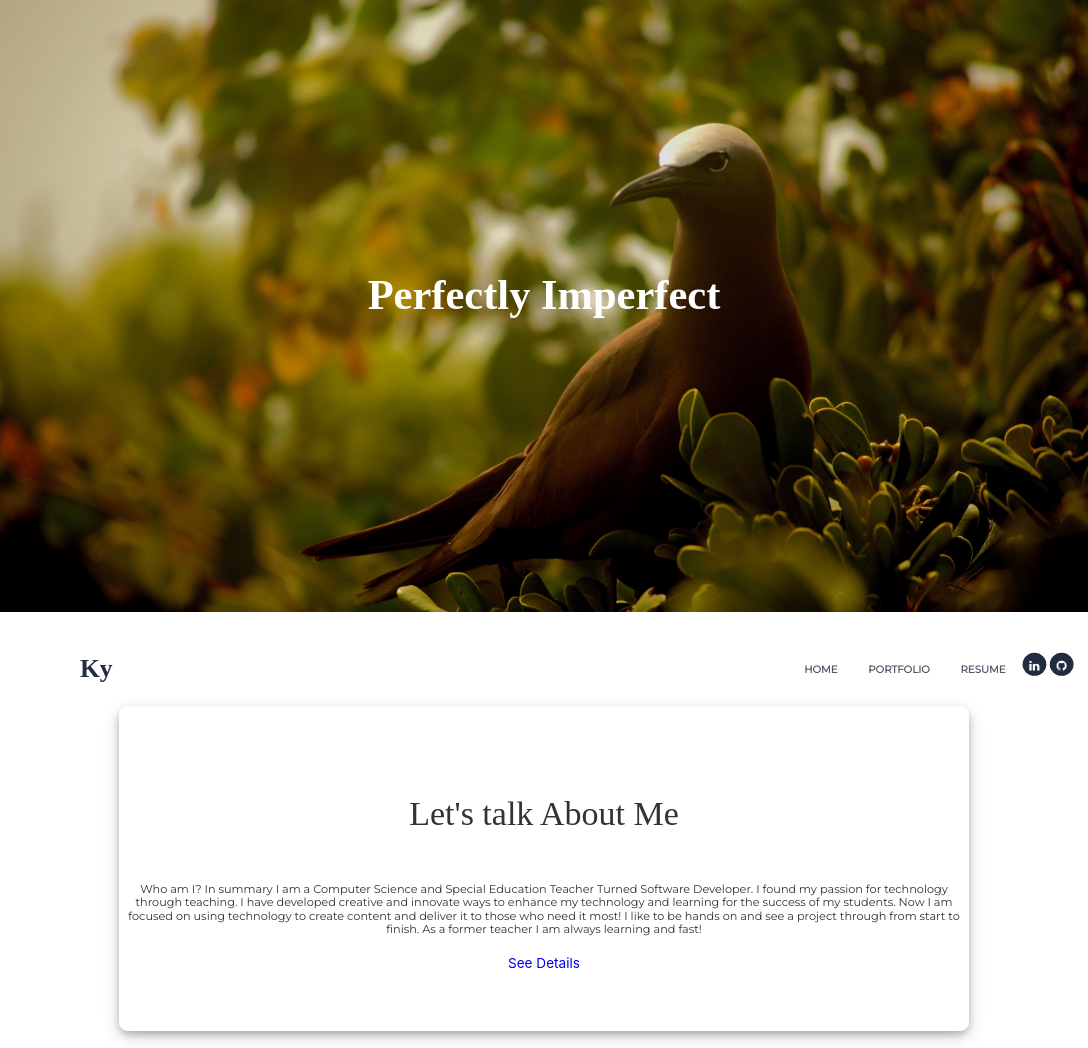
Repository: kkyler24/Perfectly-Imperfect
Page: / (app in imperfect/)
An editor plug-in stored every save of this project. The page is shown before and after the next save, followed by the edit.
The browser window is 1280 px wide. The pictures show the whole page, at 85% of full size.
Backgrounds fixed to the window are drawn as part of the page. Some web fonts or font styles are not loaded; a fallback is used. The project was rebuilt for these pictures with package versions that can differ from the ones it lists, and the page was loaded fresh each time.

Above is the page before, as saved 2020-08-06 13:46:04.

After the next save:
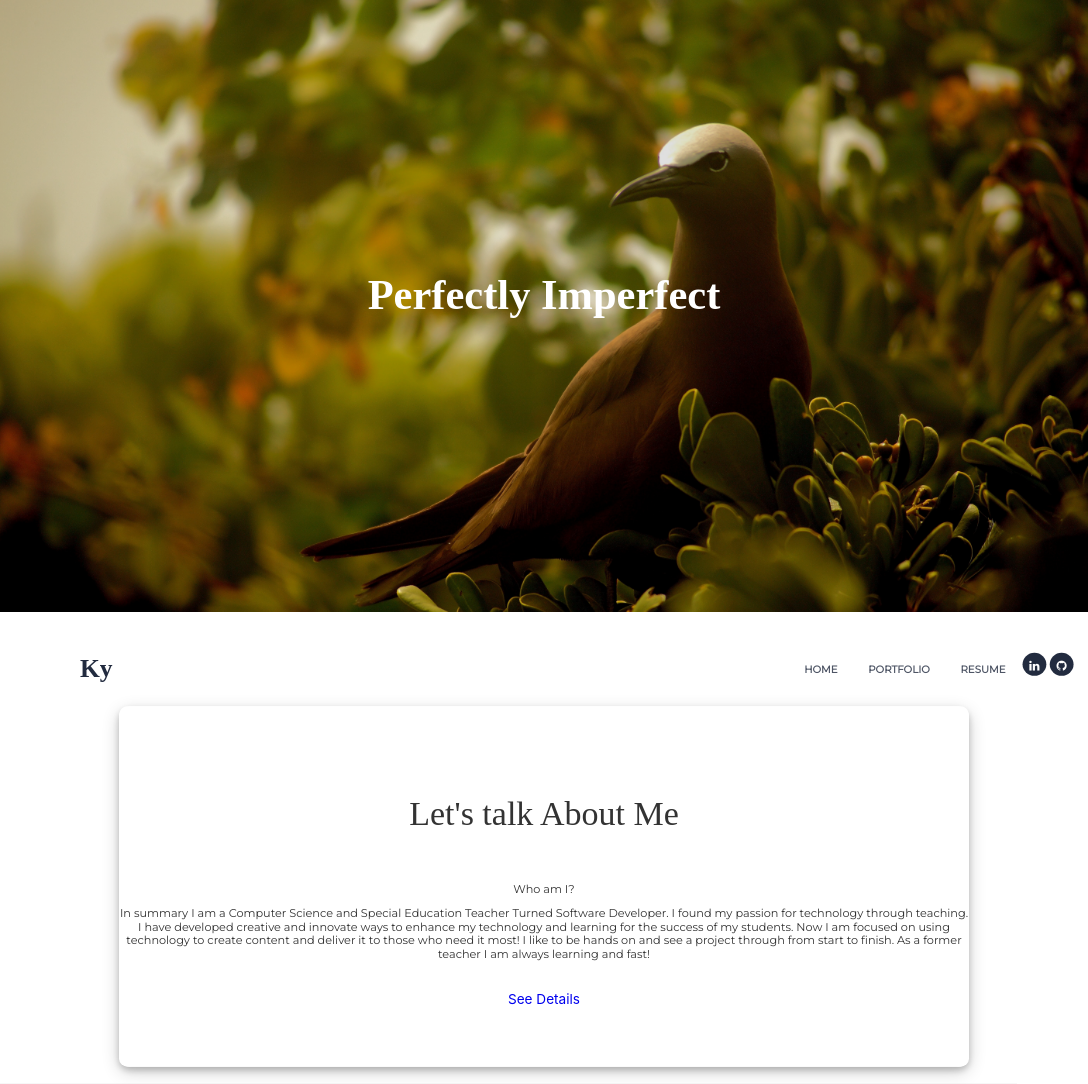
Saved 41 s later.
--- a/imperfect/src/Components/aboutMeIndex/aboutme.js
+++ b/imperfect/src/Components/aboutMeIndex/aboutme.js
@@ -11,14 +11,17 @@ function Aboutme() {
               <h2 class="titleAB">Let's talk About Me</h2>
               <h5 class="descriptionAB">
                 {" "}
-                Who am I? In summary I am a Computer Science and Special
-                Education Teacher Turned Software Developer. I found my passion
-                for technology through teaching. I have developed creative and
-                innovate ways to enhance my technology and learning for the
-                success of my students. Now I am focused on using technology to
-                create content and deliver it to those who need it most! I like
-                to be hands on and see a project through from start to finish.
-                As a former teacher I am always learning and fast!
+                Who am I?
+                <p>
+                  In summary I am a Computer Science and Special Education
+                  Teacher Turned Software Developer. I found my passion for
+                  technology through teaching. I have developed creative and
+                  innovate ways to enhance my technology and learning for the
+                  success of my students. Now I am focused on using technology
+                  to create content and deliver it to those who need it most! I
+                  like to be hands on and see a project through from start to
+                  finish. As a former teacher I am always learning and fast!
+                </p>
               </h5>
               <br />
               <a href="#pablo" class="btn-round btn btn-info">
